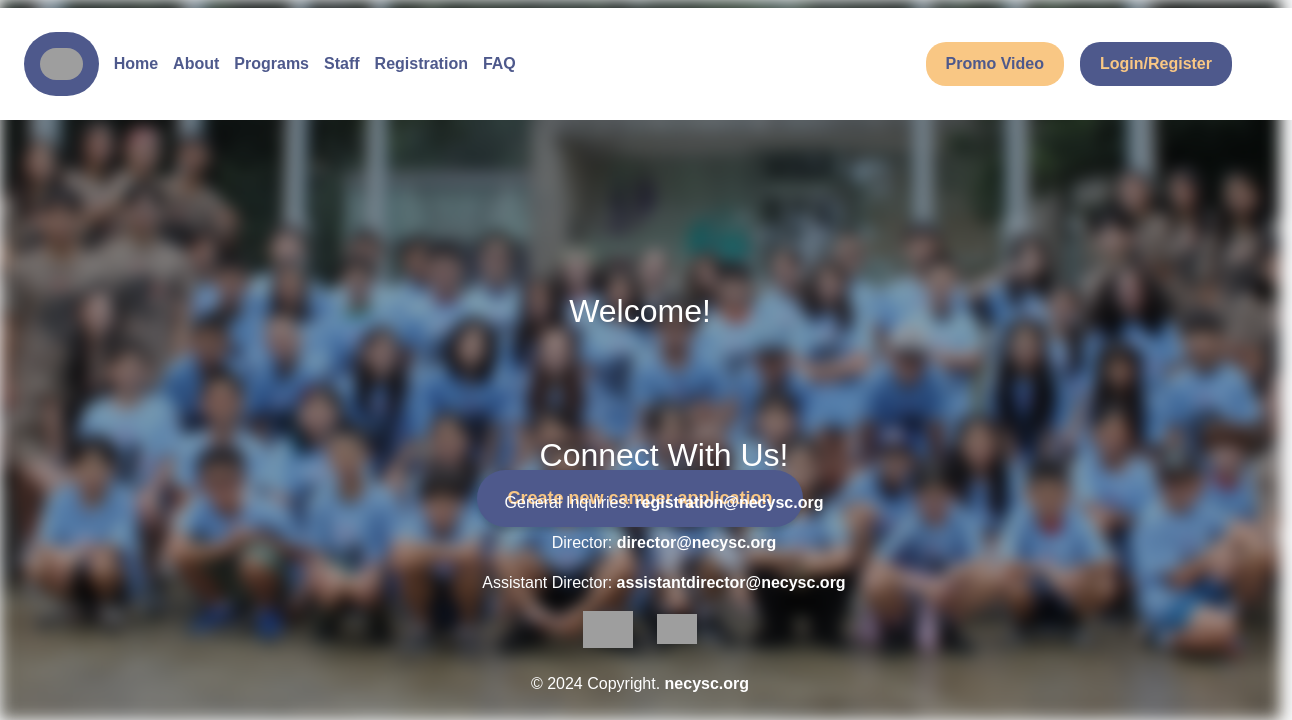
Repository: fullstackatbrown/project-necysc
Page: necysc_app/templates/necysc_app/applicant/index.html
These files come from the project's save history. The page is drawn as it stood at one moment and after the next save; the edit follows.
The browser window is 1280 px wide. The page is 1292 px wide, so the pictures cover 1292 px, including what lies to the right of the window. The pictures show the whole page.
Pictures or frames that could not be fetched are drawn as grey boxes. Some web fonts or font styles are not loaded; a fallback is used. The template is drawn by Django 5.2. The application's start-up code is not run. Other server files are loaded and not shown. The template is opened directly, without the code that normally fills it, so the values that code supplies are empty.

Above is the page before, as saved 2024-12-04 02:00:26.

### necysc_app/templates/necysc_app/applicant/index.html
{% extends "necysc_app/base.html" %}
{% load static %}
{% block title %} Applicant Portal {% endblock %}
{% block content %}
<link rel="stylesheet" href="{% static 'necysc_app/applicant_home.css' %}">

<style>
    body {
        background-color: #f8f9fa;
        margin: 0;
        padding: 0;
        height: 100%;
        width: 100%;
        overflow: hidden;
    }

    .background {
        position: fixed;
        top: 0;
        left: 0;
        width: 100%;
        height: 100%;
        z-index: -1;
        background-image: url("{% static 'necysc_app/images/necyscbannerimage.jpg' %}");
        background-size: cover;
        background-position: center;
        filter: blur(8px);
    }

    .container {
        position: relative;
        z-index: 1;
        background-color: rgba(255, 255, 255, 0.9);
        padding: 20px;
        border-radius: 10px;
        max-width: 1200px;
        margin: auto;
        margin-top: 20px;
    }

    h1, p, a, button {
        position: relative;
        z-index: 2;
    }

    .glow {
        transition: box-shadow 0.3s ease-in-out;
    }

    .glow:hover {
        box-shadow: 0 0 20px 2px rgba(0, 0, 0, 0.15);
    }
    </style>
    <div class="background"></div>

    <div class="content-container">

    <h2 class="welcome-title">Welcome!</h2>
</div>
{% if applications %}
    <div class="container mb-4">
        {% for application in applications %}
        <div class="card col-4 glow">
            <a href="{% url 'necysc_app:application_detail' application.id %}" class="application-card-link">
                <div class="card-body">
                    <h5 class="card-title"><span>{{ application.applicant_fname }}
                        {{ application.applicant_lname }}</span>
                        {% if application.app_status == 'A' %}
                        <span class="badge bg-success float-end">Accepted </span>
                        {% elif application.app_status == 'P' %}
                        <span class="badge bg-secondary float-end">Pending</span>
                        {% else %}
                        <span class="badge bg-danger float-end">Rejected</span>
                        {% endif %}

                    </h5>
                    <!-- horizontal line-->
                    <hr>
                    <p class="card-text fw-light">Year: {{application.app_year}}</p>
                    <p class="card-text m-0 fw-light">Health Status: {{application.health_record_status}}</p>
                </div>

            </a>
        </div>
        {% endfor %}
    </div>
{% endif %}


<div class="button-container">
    <a class="btn-purple enlarged-btn"
        href="{% url 'necysc_app:new_application' %}">Create new camper application</a>
</div>

<style>
    .button-container {
        display: flex;
        justify-content: center;
        align-items: flex-start; /* 对齐到顶部 */
        height: 22vh; /* 占页面高度的三分之一 */
        margin-top: 5vh; /* 添加顶部间距让按钮稍微下移 */
    }
    .content-container {
        display: flex;
        flex-direction: column; /* 元素垂直排列 */
        justify-content: center; /* 垂直居中 */
        align-items: center; /* 水平居中 */
        height: 33vh; /* 占页面高度的三分之一 */
        margin-top: 5vh; /* 页面顶部留空 */
    }


/* 按钮样式 */
.btn-purple {
    background-color: #4e598c;
    color: #f9c784;
    transition: all 0.3s ease;
    border: none;
    padding: 15px 30px; /* 增加按钮的内边距 */
    cursor: pointer;
    font-size: 18px; /* 增大字体 */
    border-radius: 50px;
    box-shadow: 0 4px 6px rgba(0, 0, 0, 0.2); /* 添加轻微阴影效果 */
}

.btn-purple:hover {
    background-color: #f9c784;
    color: #ffffff;
}

/* 放大效果 */
.enlarged-btn {
    transform: scale(1); /* 默认比例 */
    transition: transform 0.3s ease;
}

.enlarged-btn:hover {
    transform: scale(1.2); /* 鼠标悬停时放大 */
}
</style>


{% endblock %}

### necysc_app/templates/necysc_app/base.html
<!DOCTYPE html>
<html lang="en">
	<!-- Header -->
	{% load static %} {% include 'necysc_app/header.html' %}

	<head>
		<!-- Required meta tags -->
		<meta charset="utf-8" />
		<meta name="viewport" content="width=device-width, initial-scale=1" />

		<!--Bootstrap CSS-->
		<link
			href="https://cdn.jsdelivr.net/npm/bootstrap@5.0.2/dist/css/bootstrap.min.css"
			rel="stylesheet"
			integrity="sha384-EVSTQN3/azprG1Anm3QDgpJLIm9Nao0Yz1ztcQTwFspd3yD65VohhpuuCOmLASjC"
			crossorigin="anonymous"
		/>

		<title>{% block title %} {% endblock %}</title>
		<link rel="preconnect" href="https://fonts.googleapis.com" />
		<link rel="preconnect" href="https://fonts.gstatic.com" crossorigin />
		<link
			href="https://fonts.googleapis.com/css2?family=Roboto+Mono:ital,wght@0,100..700;1,100..700&display=swap"
			rel="stylesheet"
		/>

		<!--global Hind font-->
		<link
			href="https://fonts.googleapis.com/css2?family=Hind:wght@400;500;600&display=swap"
			rel="stylesheet"
		/>
		<style>
			body {
				font-family: "Hind", sans-serif;
			}
		</style>

	</head>

	<body>
		<!-- Navbar -->
		{% include 'necysc_app/navbar.html' %}

		<!-- Content -->
		<div class="container">{% block content %} {% endblock %}</div>

		<!-- Footer -->
		{% include 'necysc_app/footer.html' %}

		<!--Bootstrap JavaScript Plugins-->
		<script
			src="https://cdn.jsdelivr.net/npm/bootstrap@5.0.2/dist/js/bootstrap.bundle.min.js"
			integrity="sha384-MrcW6ZMFYlzcLA8Nl+NtUVF0sA7MsXsP1UyJoMp4YLEuNSfAP+JcXn/tWtIaxVXM"
			crossorigin="anonymous"
		></script>
	</body>
</html>

### necysc_app/templates/necysc_app/header.html
<!-- Header -->
<head>
    <meta charset="UTF-8" />
    <!-- Bootstrap Imports -->
    <link
      href="https://cdn.jsdelivr.net/npm/bootstrap@5.0.2/dist/css/bootstrap.min.css"
      rel="stylesheet"
      integrity="sha384-EVSTQN3/azprG1Anm3QDgpJLIm9Nao0Yz1ztcQTwFspd3yD65VohhpuuCOmLASjC"
      crossorigin="anonymous"
    />
    <link
      href="https://cdn.jsdelivr.net/npm/bootstrap-icons@1.8.1/font/bootstrap-icons.css"
      rel="stylesheet"
    />
    <script
    src="https://cdn.jsdelivr.net/npm/bootstrap@5.0.2/dist/js/bootstrap.bundle.min.js"
    integrity="sha384-MrcW6ZMFYlzcLA8Nl+NtUVF0sA7MsXsP1UyJoMp4YLEuNSfAP+JcXn/tWtIaxVXM"
    crossorigin="anonymous"
    ></script>
    <meta name="viewport" content="width=device-width, initial-scale=1" />
    {% load static %}
    <link href="{% static 'necysc_app/style.css' %}" rel="stylesheet" />
    <link rel="icon" href="{%  static 'necysc_app/images/favicon.ico' %}">
</head>

### necysc_app/templates/necysc_app/navbar.html
<!DOCTYPE html>
<html>
<head>
    <title>Your Page Title</title>
    <style>
        a {
            font-weight: bold;
            text-decoration: none;
        }

        .dropdown {
            position: relative;
            display: inline-block;
        }

        .dropdown-content {
            display: none;
            position: absolute;
            background-color: #f9f9f9;
            min-width: 160px;
            box-shadow: 0px 8px 16px 0px rgba(0, 0, 0, 0.2);
            z-index: 10;
            top: 100%;
        }

        .dropdown-content a {
            color: #4e598c;
            padding: 12px 16px;
            text-decoration: none;
            display: block;
            transition: color 0.3s ease, background-color 0.3s ease;
        }

        .dropdown-content a:hover {
            background-color: #4e598c;
            color: #F9C784;
        }

        .dropdown:hover .dropdown-content {
            display: block;
        }

        .navbar-link {
            color: #4e598c;
            transition: color 0.3s ease;
        }

        .navbar-link:hover {
            color: #F9C784;
            background: #4e598c;
            transition: color 0.3s ease;
            padding: 10px 20px;
            border-radius: 9px;
        }

        .active {
            color: #F9C784;
            background: #4e598c;
            padding: 10px 20px;
            text-decoration: none;
            border-radius: 9px;
        }


        .btn-login {
            background-color: #4e598c;
            color: #F9C784;
            transition: all 0.3s ease;
            padding: 10px 20px;
            border-radius: 20px;
            display: inline-block;
            text-align: center;
        }

        .btn-login:hover {
            background-color: #F9C784;
            color: #FFFFFF;
        }

        .btn-padding {
            padding: 10px 20px;
            border-radius: 20px;
            display: inline-block;
            text-align: center;
            background: #F9C784;
            color: #4e598c;
            transition: all 0.3s ease;
        }

        .btn-padding:hover {
            background-color: #4e598c;
            color: #ffffff;
        }


        .col-auto {
            display: flex;
            align-items: center;
        }

        img {
            height: 4rem;
            max-width: 100%;
        }

        #logobutton {
            background-color: #4e598c;
            transition: all 0.3s ease;
        }

        #logobutton:hover {
            background-color: #F9C784;
            color: #FFFFFF;
        }
    </style>
</head>
<body>

<!-- navbar sticky -->
{% load static %}
<div class="row mt-2 pt-4 pb-4 mb-3 d-flex ps-4 pe-5 align-items-center gap-3 sticky-top bg-bi-white bg-white row">

    <input type="checkbox" id="menu-toggle" class="menu-toggle">
    <label for="menu-toggle" class="hamburger">
        &#9776;
    </label>

    <div class="nav-links">

        <div class="col-auto">
            <a href="{% url 'necysc_app:index' %}" id="logo-link">
                <img src="https://www.necysc.org/v2/images/logo2.png" alt="Your Image Description" id="logobutton" class="rounded-pill p-3"/>
            </a>
        </div>

        <div class="dropdown col-auto">
            {% if request.user.is_authenticated %}
            <a href="{% url 'necysc_app:home' %}" class="navbar-link {% if request.path == '/' %}active{% endif %}">Applicant Home</a>
            {% else %}
            <a href="{% url 'necysc_app:index' %}" class="navbar-link {% if request.path == '/' %}active{% endif %}">Home</a>
            {% endif %}
        </div>

        {% if not request.user.is_authenticated %}
        <div class="dropdown col-auto">
            <a href="{% url 'necysc_app:about' %}" class="navbar-link {% if request.path == '/about/' %}active{% endif %}">About</a>
            <div class="dropdown-content">
                <a href="{% url 'necysc_app:about' %}#sponsors">Sponsors</a>
                <a href="{% url 'necysc_app:about' %}#contact">Contact Us</a>
            </div>
        </div>

        <div class="dropdown col-auto">
            <a href="{% url 'necysc_app:programs' %}" class="navbar-link {% if request.path == '/programs/' %}active{% endif %}">Programs</a>
            <div class="dropdown-content">
                <a href="{% url 'necysc_app:programs' %}#day">Day Camp</a>
                <a href="{% url 'necysc_app:programs' %}#on">Overnight Camp</a>
                <a href="{% url 'necysc_app:programs' %}#ea">ExplorAsian</a>
            </div>
        </div>

        <div class="dropdown col-auto">
            <a href="{% url 'necysc_app:staff' %}" class="navbar-link {% if request.path == '/staff/' %}active{% endif %}">Staff</a>
            <div class="dropdown-content">
                <a href="{% url 'necysc_app:staff' %}#cit">CIT</a>
                <a href="{% url 'necysc_app:staff' %}#counselor">Counselor</a>
                <a href="{% url 'necysc_app:staff' %}#ra">RA</a>
                <a href="{% url 'necysc_app:staff' %}#ops">OPs</a>
                <a href="{% url 'necysc_app:staff' %}#committee">Committee</a>
            </div>
        </div>

        <div class="dropdown col-auto">
            <a href="{% url 'necysc_app:registration' %}" class="navbar-link {% if request.path == '/registration/' %}active{% endif %}">Registration</a>
            <div class="dropdown-content">
                <a href="{% url 'necysc_app:registration' %}#importantdates">2025 Important Dates</a>
                <a href="{% url 'necysc_app:registration' %}#financialaid">Financial Aid</a>
            </div>
        </div>

        <div class="dropdown col-auto">
            <a href="{% url 'necysc_app:faq' %}" class="navbar-link {% if request.path == '/faq/' %}active{% endif %}">FAQ</a>
            <div class="dropdown-content">
                <a href="{% url 'necysc_app:faq' %}#faqregistration">Registration</a>
                <a href="{% url 'necysc_app:faq' %}#faqleavingcamp">Leaves and Visits</a>
                <a href="{% url 'necysc_app:faq' %}#faqhealth">Health and Safety</a>
                <a href="{% url 'necysc_app:faq' %}#camp">Camp Activities</a>
            </div>
        </div>
        {% endif %}

        <div class="col-auto ms-auto">
            <a href="https://youtu.be/PPZ1zu8fGl0?si=h436QWcB9vHQeV_G" target="_blank" class="btn-padding me-3">Promo Video</a>
            {% if request.user.is_authenticated %}
            <a href="{% url 'necysc_app:logout' %}" class="btn-login">Logout</a>
            {% else %}
            <a href="{% url 'necysc_app:login' %}" class="btn-login">Login/Register</a>
            {% endif %}
        </div>
    </div>
</div>

</body>
</html>

### necysc_app/templates/necysc_app/footer.html
<!-- Footer -->
<footer class="pt-4" id="contact">


  <h2 class="ps-5 mb-3 mt-5 text-center" style="color: white;">Connect With Us!</h2>
  <p class="ps-5 text-center" style="color: white;">General Inquiries:
    <a href="mailto:registration@necysc.org" style="color: white">registration@necysc.org</a>
  </p>
  <p class="ps-5 text-center" style="color: white;"> Director:
    <a href="mailto:registration@necysc.org" style="color: white">director@necysc.org</a>
  </p>
  <p class="ps-5 text-center" style="color: white;"> Assistant Director:
    <a href="mailto:registration@necysc.org" style="color: white">assistantdirector@necysc.org</a>
  </p>

  <div class="row text-center align-items-center justify-content-center">
    <div class="col-auto">
        <a href="https://www.instagram.com/NECYSC/"  target="_blank">
            <img src="https://cdn.freebiesupply.com/images/large/2x/instagram-icon-white-on-black.png" alt="Instagram Logo" style="width: 50px; height: auto;">
        </a>
    </div>
    <div class="col-auto">
      <a href="https://www.facebook.com/NECYSC"target="_blank">
          <img src="https://www.freepnglogos.com/uploads/logo-facebook-png/logo-facebook-facebook-logo-png-transparent-svg-vector-bie-supply-18.png" alt="Facebook Logo" style="width: 40px; height: auto;">
      </a>
    </div>
  </div>


  <!-- Copyright -->

  <div class="text-center p-4" style="color: white;" >
    © 2024 Copyright.
    <a class="text-reset" href="https://necysc.org/">necysc.org</a>
  </div>

</footer>
<!-- Footer -->

### necysc_app/static/necysc_app/style.css
.hero-section {
  position: relative;
  background-size: cover;
  background-position: center;
  background-repeat: no-repeat;
  color: white;
  height: 60vh;
  display: flex;
  align-items: center;
  justify-content: center;
  overflow: hidden;
}

.hero-section .overlay {
  position: absolute;
  top: 0;
  left: 0;
  width: 100%;
  height: 100%;
  background-color: rgba(0, 0, 0, 0.5);
  z-index: 1;
}

.hero-section .position-relative {
  z-index: 2;
}

.btn-purple {
  background-color: #4e598c;
  color: #f9c784;
  transition: all 0.3s ease;
  padding: 10px 20px;
  border-radius: 20px;
  display: inline-block;
  text-align: center;
  text-decoration: none;
  outline: none;
  border: none;
}

.btn-purple:hover {
  background-color: #f9c784;
  color: #ffffff;
}


.accordion-item .accordion-button:not(.collapsed) {
  background-color: #4e598c; /* Darker purple when open */
  color: #ffffff; /* White text for contrast */
}


.menu-toggle {
  display: none;
}

.hamburger {
  display: none;
  font-size: 24px;
  cursor: pointer;
  color: #4e598c;
}


.nav-links {
  display: flex;
  gap: 15px;
}


@media (max-width: 768px) {
  .nav-links {
      display: none;
      flex-direction: column;
      background-color: white;
      position: absolute;
      top: 60px;
      right: 0;
      width: 100%;
      padding: 10px;
      z-index: 1000;
  }

  .menu-toggle:checked + .hamburger + .nav-links {
      display: flex;
  }

  .hamburger {
      display: block;
  }
}

.optional {
  color: gray;
  font-style: italic;
}

.white-link {
  color: #ffffff;
  text-decoration: none;
  transition: color 0.3s ease;
}

.white-link:hover {
  color: #cccccc;
}

.welcome-title {
  color: white;
}

footer {
  position: fixed;
  bottom: 0;
  left: 0;
  width: 100%;
  z-index: 10;
}

### necysc_app/static/necysc_app/applicant_home.css
.application-card-link {
  text-decoration: none; /* Remove underline */
  color: inherit; /* Inherit text color */
}

.application-card-link:hover {
  text-decoration: none; /* Remove underline */
  color: inherit; /* Inherit text color */
}

.application-card {
  display: flex;
  flex-direction: column;
  border: 1px solid #ccc;
  border-radius: 8px;
  padding: 15px;
  width: 300px;
  height: 180px;
  box-shadow: 0 2px 5px rgba(0, 0, 0, 0.1);
  background-color: #fff;
  position: relative;
  transition: transform 0.2s;
}

.application-card:hover {
  transform: scale(1.02);
  box-shadow: inset;
}

.application-card h2 {
  font-size: 1.5em;
  margin: 0 0 10px 0;
}

.application-card h3 {
  font-size: 1.2em;
  color: #555;
}

.application-card p {
  margin: 5px 0;
}


.status {
  border-radius: 5px;
  color: #fff;
  font-weight: bold;
  z-index: 1;
}

.status.a {
  background-color: rgba(0, 128, 0, 0.2);
  color: green;
}

.status.d {
  background-color: rgba(255, 0, 0, 0.2);
  color: red;
}

.status.p {
  background-color: rgba(255, 165, 0, 0.2);
  color: orange;
}

.status.i {
  background-color: rgba(0, 0, 255, 0.2);
  color: blue;
}

.glow {
  transition: box-shadow 0.3s ease-in-out;
}

.glow:hover {
  box-shadow: 0 0 20px 2px rgba(0, 0, 0, 0.15); /* Adjust the glow effect */
}

.btn-logout {
    display: inline-block;
    padding: 8px 15px;
    background-color: #ff4444;
    color: #fff;
    text-decoration: none;
    border-radius: 5px;
    font-weight: bold;
    transition: background-color 0.3s ease;
    cursor: pointer;
    margin: 10px 0;
}

.btn-logout:hover {
    background-color: #cc0000;
}

After the next save:
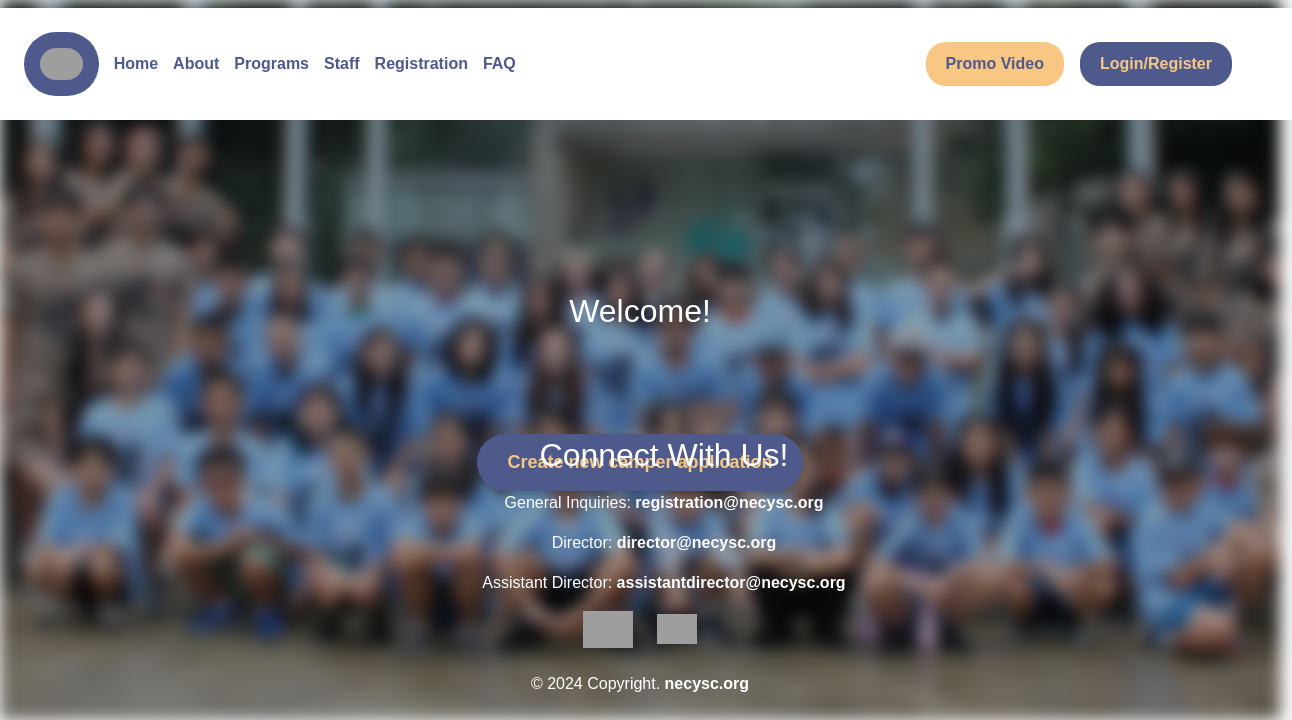
Saved 6 s later.
--- a/necysc_app/templates/necysc_app/applicant/index.html
+++ b/necysc_app/templates/necysc_app/applicant/index.html
@@ -98,7 +98,7 @@
         justify-content: center;
         align-items: flex-start; /* 对齐到顶部 */
         height: 22vh; /* 占页面高度的三分之一 */
-        margin-top: 5vh; /* 添加顶部间距让按钮稍微下移 */
+
     }
     .content-container {
         display: flex;
